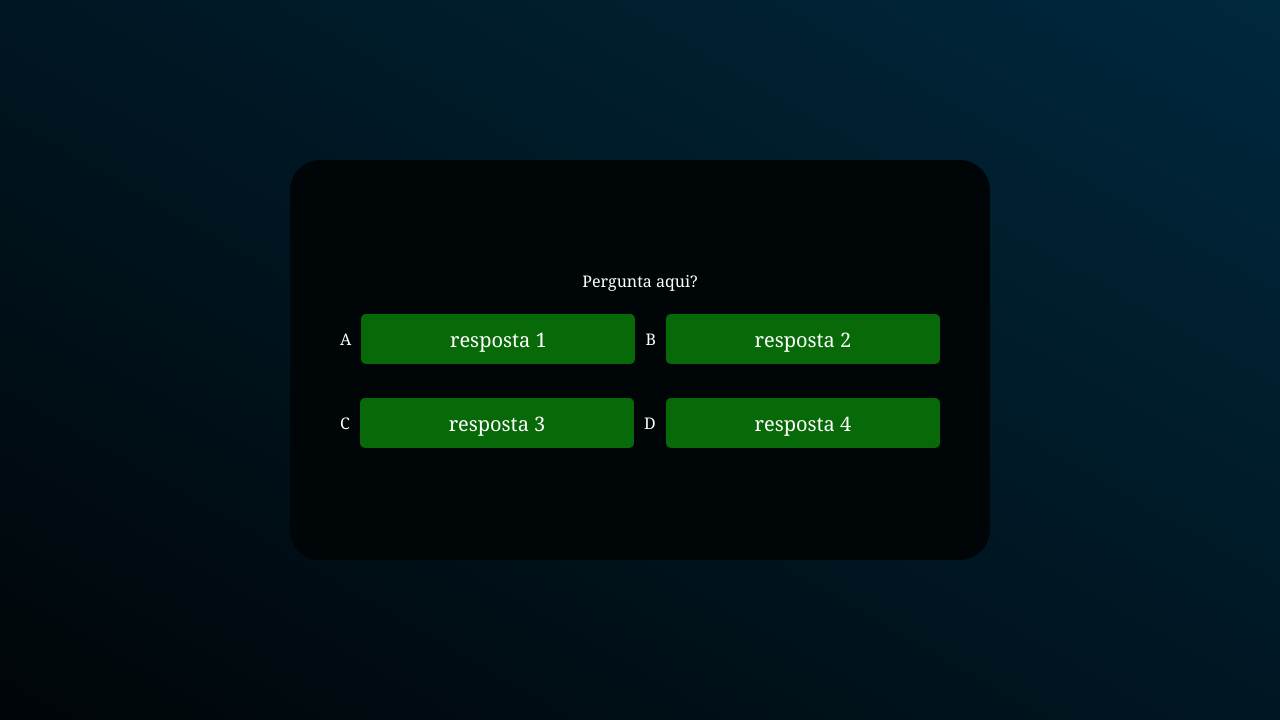
Repository: LaisSilvaO/Projeto-Quizz
Page: telas/index.html
These files come from the project's save history. The page is drawn as it stood at one moment and after the next save; the edit follows.
The browser window is 1280 px wide. The pictures show the whole page.

Above is the page before, as saved 2024-12-26 11:37:06.

After the next save:
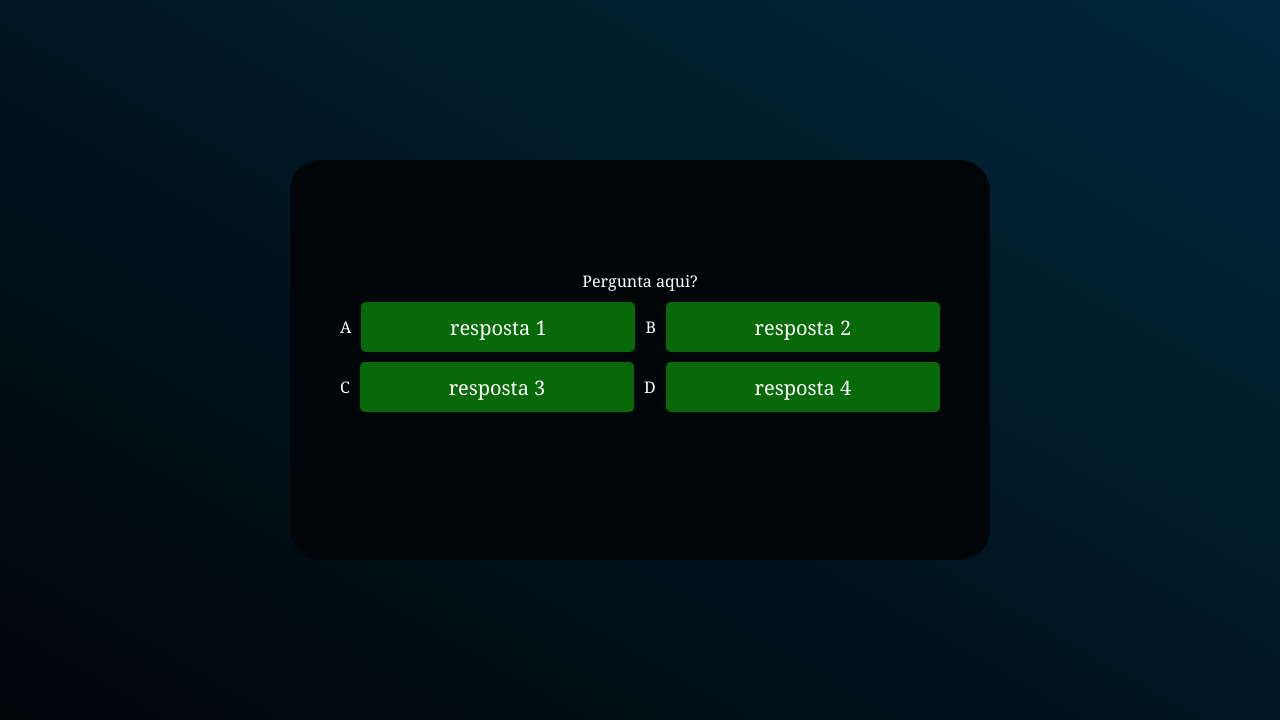
Saved 10 s later.
--- a/img/tela.css
+++ b/img/tela.css
@@ -140,7 +140,7 @@ h4 {
   justify-content: center;
   align-items: center;
   width: 600px; /* Aumentado */
-  height: 100px; /* Aumentado */
+  height: 50px; /* Aumentado */
 }
 
 .resposta button {
